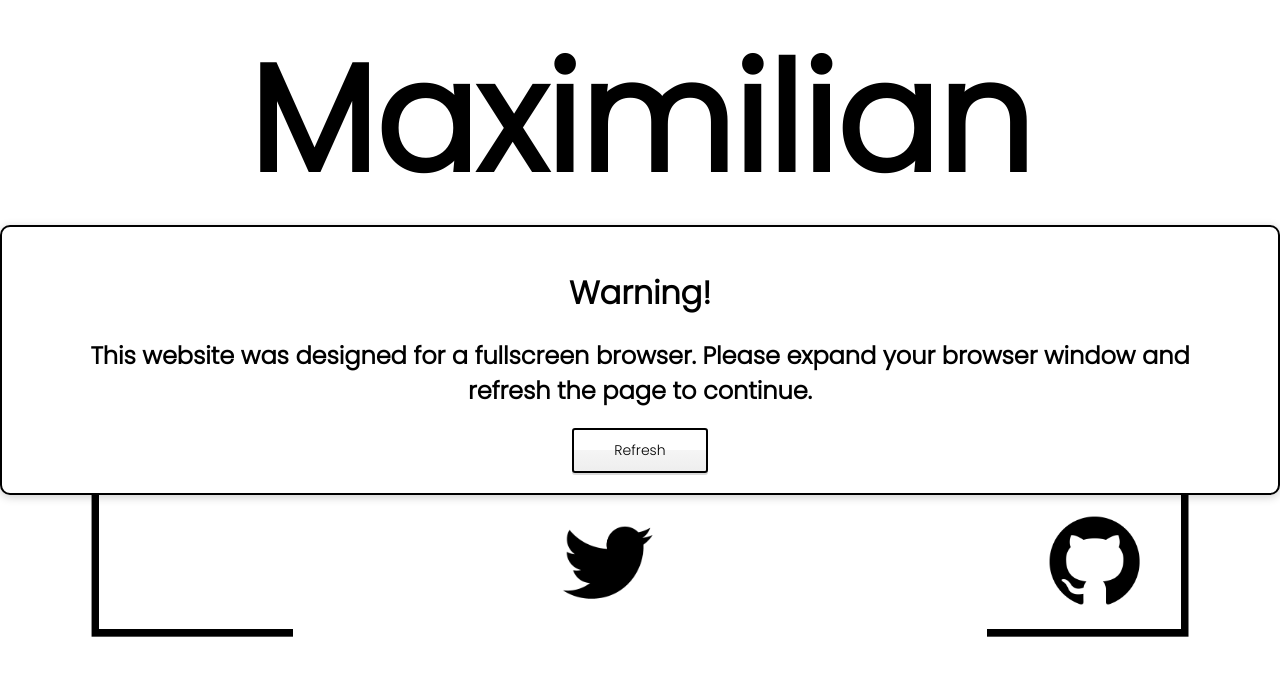
Repository: notMaximilian/maximilianaquino.github.io
Page: index.html
The author's editor kept a copy of each file at every save. The page is drawn from the files as they stood at one save, then again after the next save.
The browser window is 1280 px wide. The pictures show the whole page.

Above is the page before, as saved 2022-02-04 10:33:02.
Console error: TypeError: Cannot read properties of null (reading 'style')

After the next save:
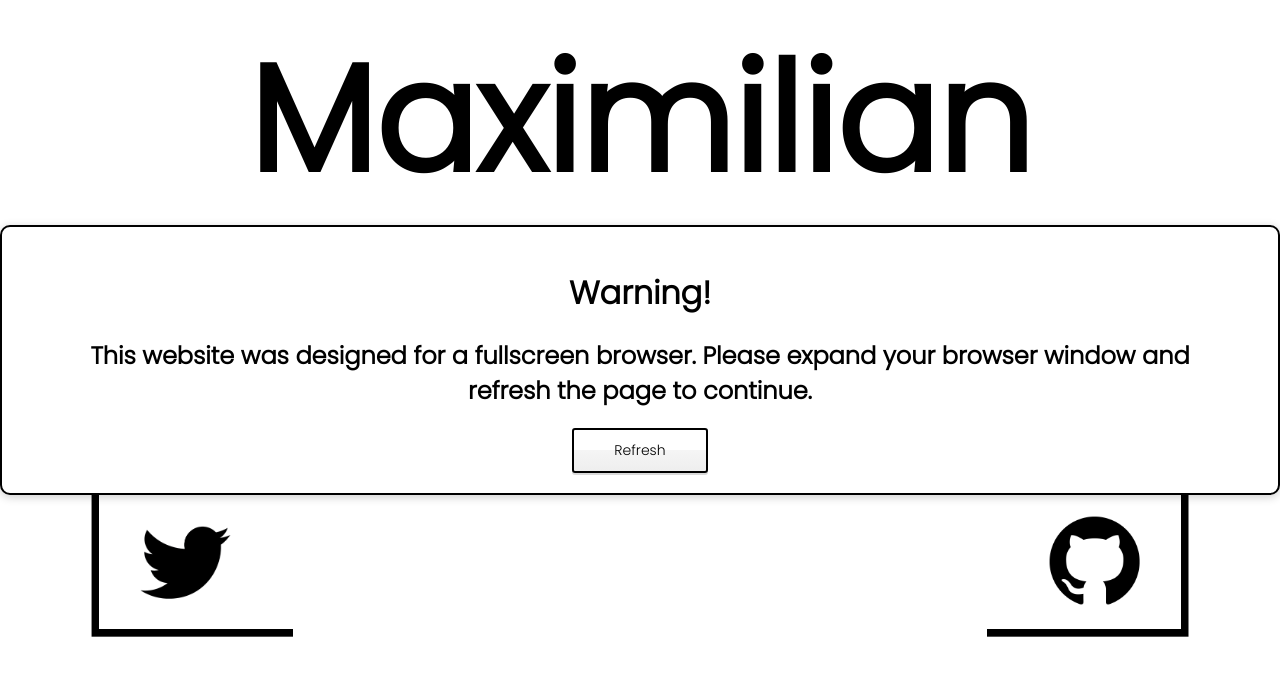
Saved 19 s later.
--- a/css/main.css
+++ b/css/main.css
@@ -191,5 +191,5 @@ body {
 }
 #twitter{
   width: 7vw;
-  transform: translate(1vw, 28vh);
+  transform: translate(-32vw, 28vh);
 }
